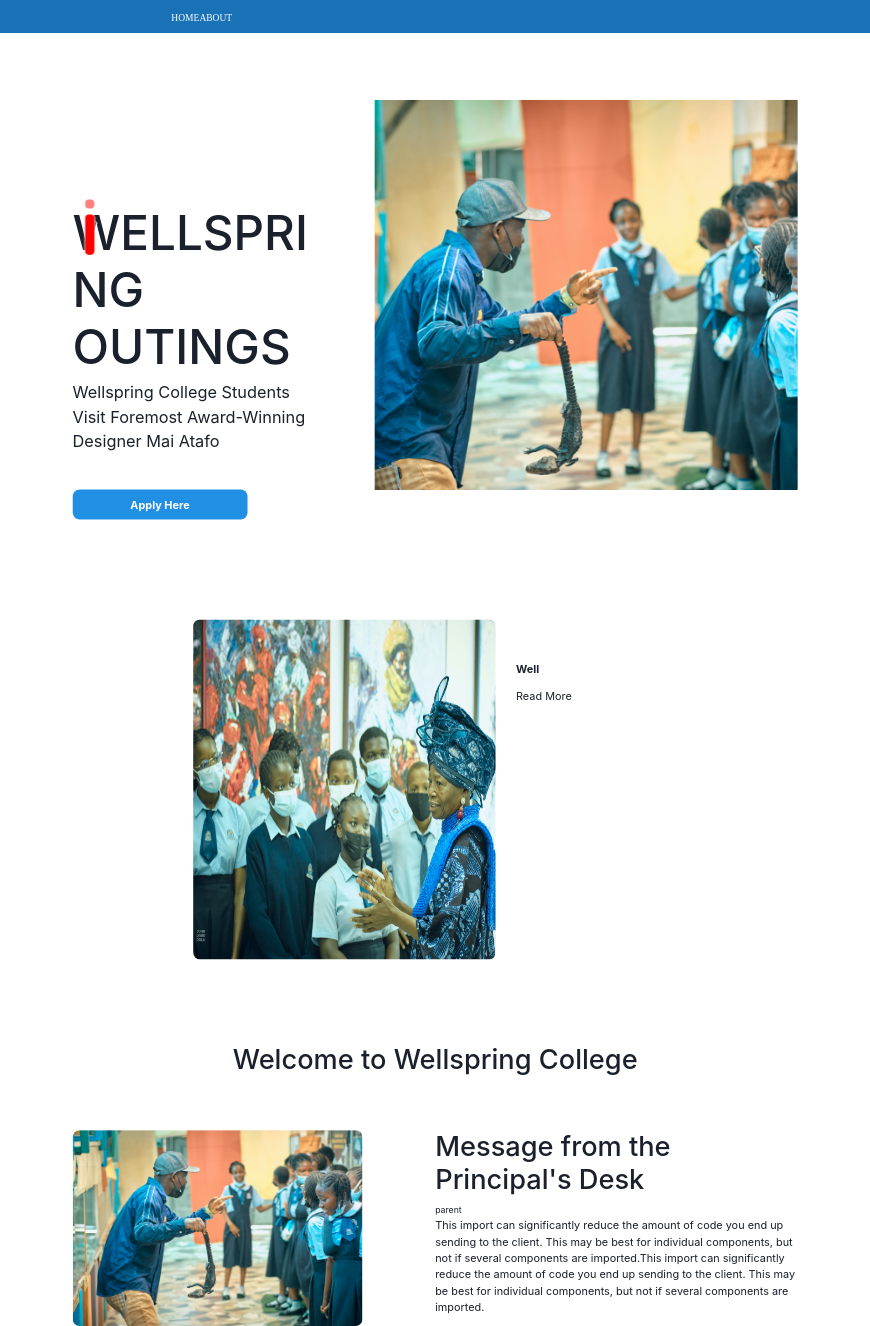
Repository: gr8skills/wellspring-school-forked
Page: /
An editor plug-in stored every save of this project. The page is shown before and after a run of saves, followed by the edit.
The browser window is 1280 px wide. The pictures show the whole page, at 68% of full size.
The project was rebuilt for these pictures with package versions that can differ from the ones it lists, and the page was loaded fresh each time. Also part of the build but not shown: src/components/Navbar/Dropdown.scss, src/components/Navbar/Dropdown.js, src/components/Calendar/Calendar.js.

Above is the page before, as saved 2022-12-02 00:05:13.

After the next 3 saves:
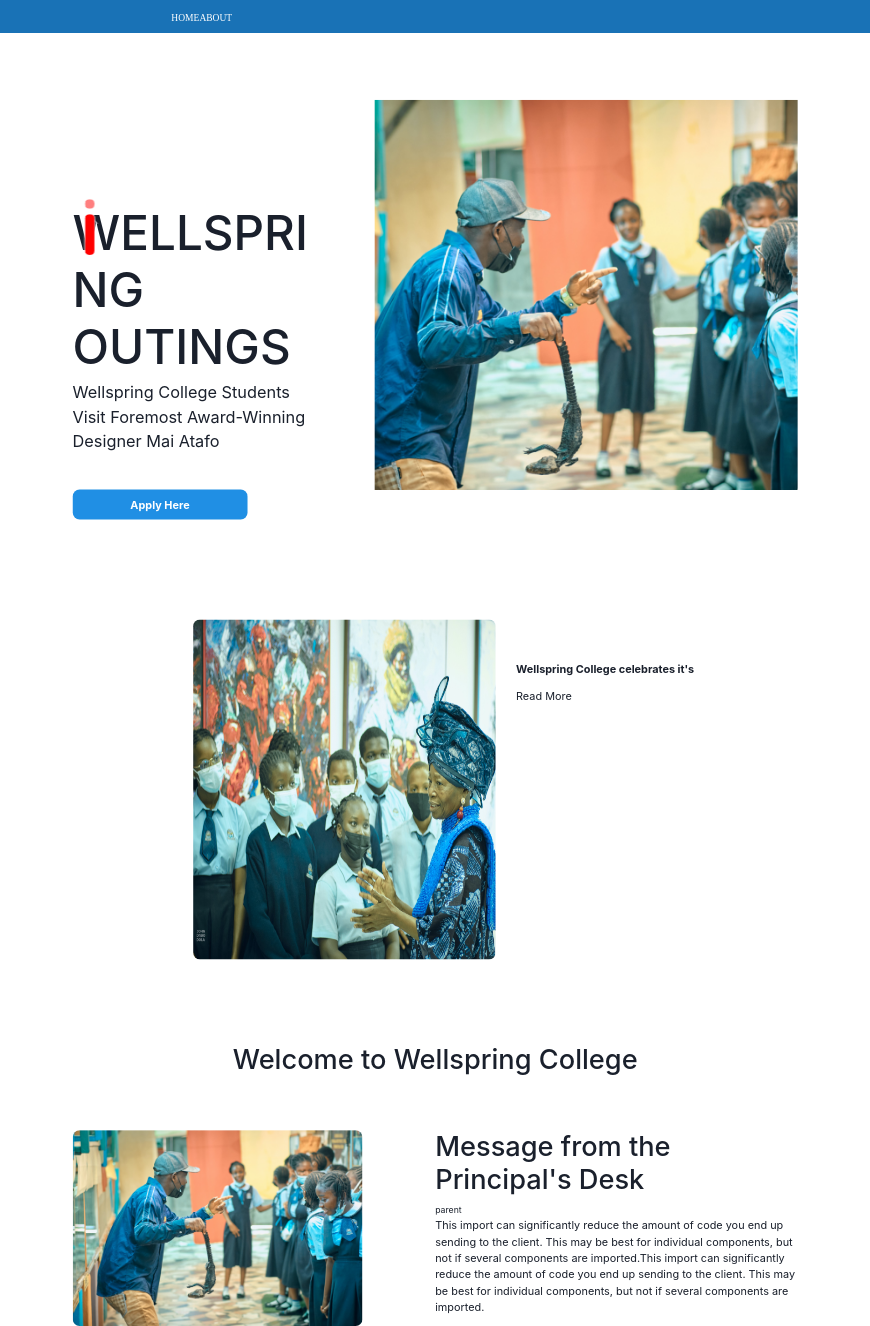
The 3 saves are shown as one change because they came seconds apart.
The last was saved 12 s later.
--- a/src/pages/Home/Home.js
+++ b/src/pages/Home/Home.js
@@ -60,7 +60,7 @@
             </Carousel>
             <AppButton text="Apply Here" />
             {/* <Calendar month="Nov" day="10" year="2022" event="Open Day" time="10:00am-3:00pm"/> */}
-            <News date="August 29th, 2022" message="Well"/>
+            <News date="August 29th, 2022" message="Wellspring College celebrates it's"/>
           </div>
         </div>
         <div className="col-md-12 welcome-message-title">
